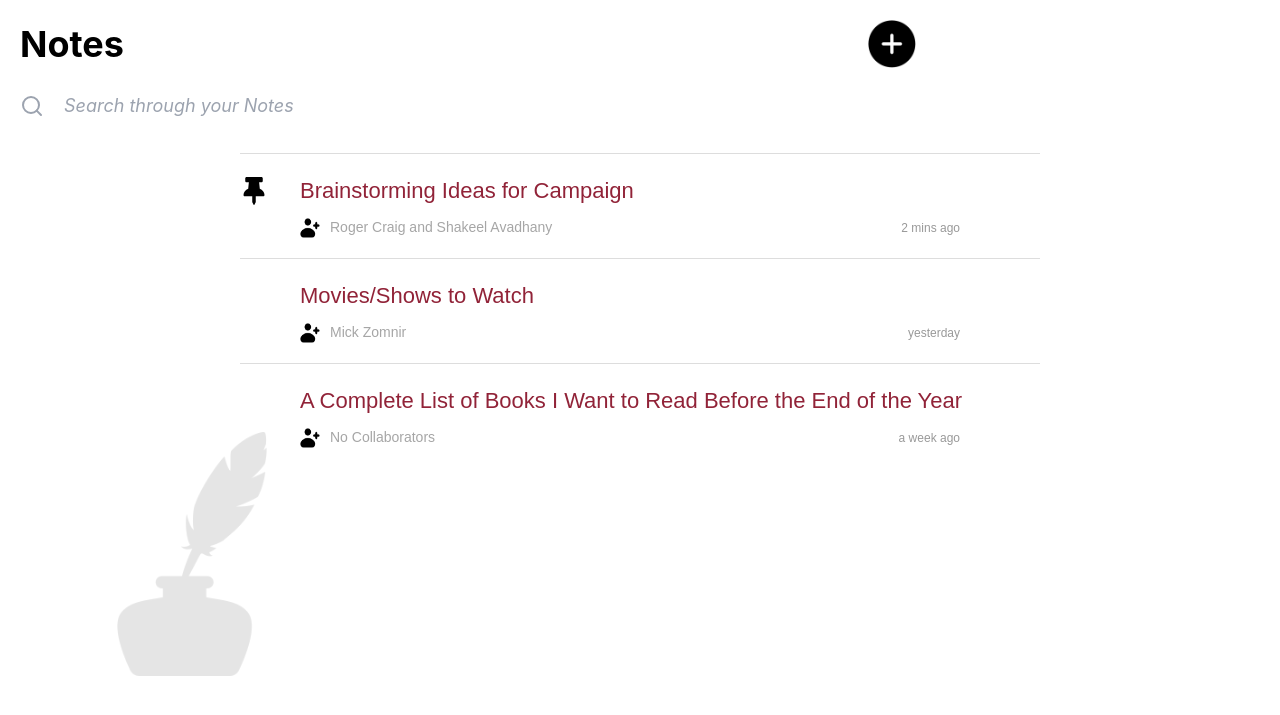
Repository: shabiasaeed/Notes-app
Page: /
An editor plug-in stored every save of this project. The page is shown before and after the next save, followed by the edit.
The browser window is 1280 px wide. The pictures show the whole page.
The project was rebuilt for these pictures with package versions that can differ from the ones it lists, and the page was loaded fresh each time. Also part of the build but not shown: src/components/Header.css.

Above is the page before, as saved 2025-01-01 17:57:08.

After the next save:
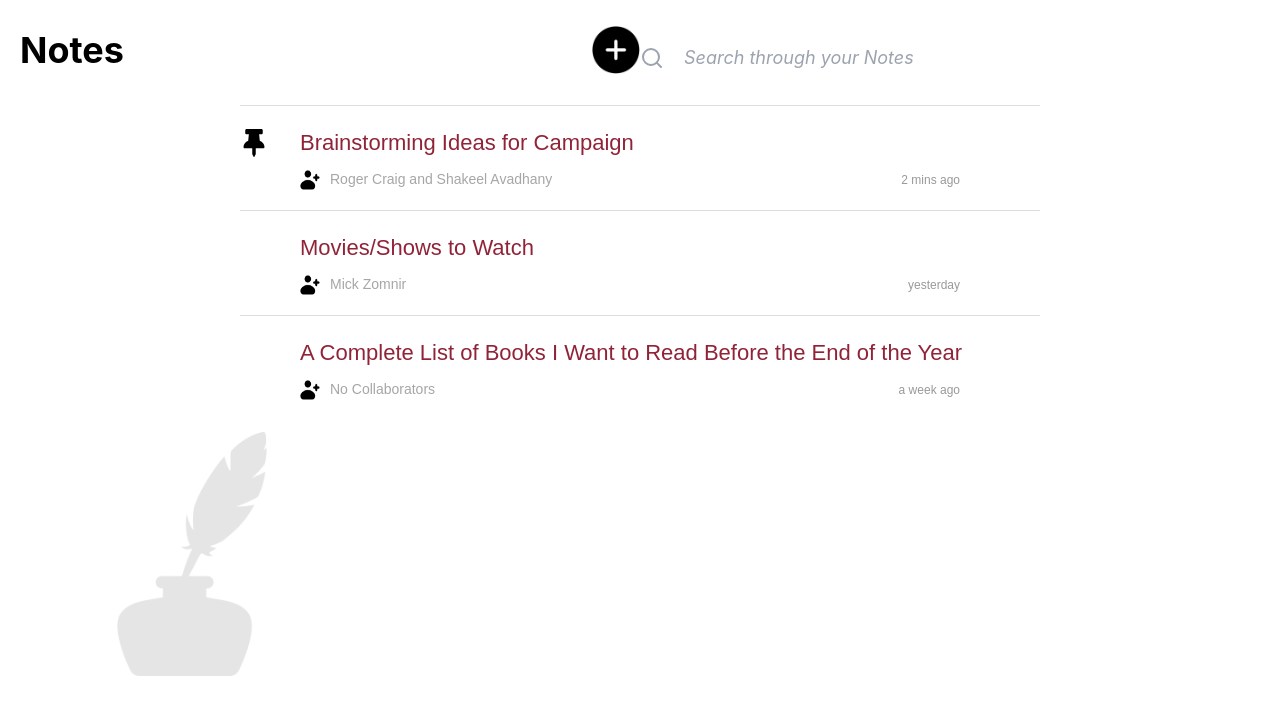
Saved 8 s later.
--- a/src/components/Header.js
+++ b/src/components/Header.js
@@ -6,7 +6,7 @@ import { FiSearch } from 'react-icons/fi';
 // Component to handle the display of the application's header section
 const Header = ({ setSearchNotes }) => {
   return (
-    <header className="p-5 flex-col items-center">
+    <header className="p-5 flex items-center">
       <div className="flex items-center justify-between w-full max-w-4xl">
         <h1 className="text-4xl font-bold text-black">Notes</h1>
         <button className="bg-transparent border-none cursor-pointer">
